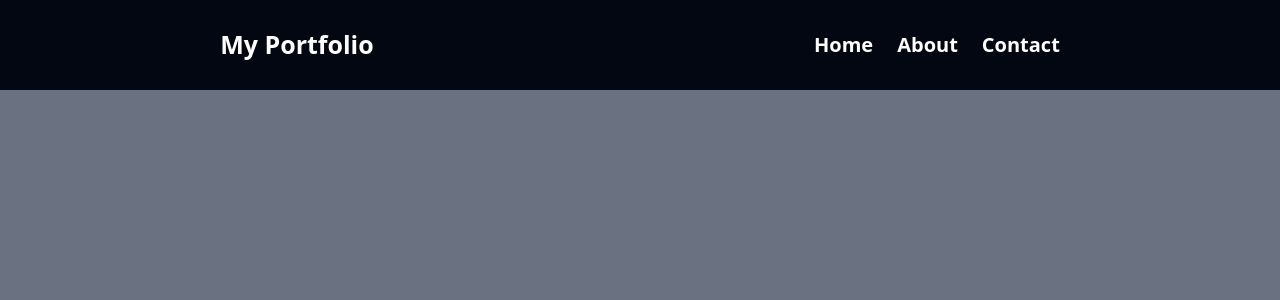
Repository: KaguyaKawaii/portfolio
Page: / (app in frontend/)
The author's editor kept a copy of each file at every save. The page is drawn from the files as they stood at one save, then again after the next save.
The browser window is 1280 px wide. The pictures show the whole page.
The project was rebuilt for these pictures with package versions that can differ from the ones it lists, and the page was loaded fresh each time. Also part of the build but not shown: frontend/vite.config.js.

Above is the page before, as saved 2025-10-27 23:26:44.

### frontend/src/App.jsx
import { useState } from 'react'


function App() {

  return (
    <>
      <header className='bg-gray-950 h-[90px] relative'>
        <div className='flex justify-around items-center h-full text-white'>
          <h1 className='font-bold text-[25px]'>My Portfolio</h1>

          <div className='flex gap-6 font-semibold text-[20px]'>
            <p>Home</p>
            <p>About</p>
            <p>Contact</p>
          </div>
        </div>
      </header>

      <body className='bg-gray-500'>

      </body>
    </>
  )
}

export default App

Loaded but not shown: frontend/index.html (common file); frontend/src/main.jsx (common file); frontend/src/index.css (common file)

After the next save:
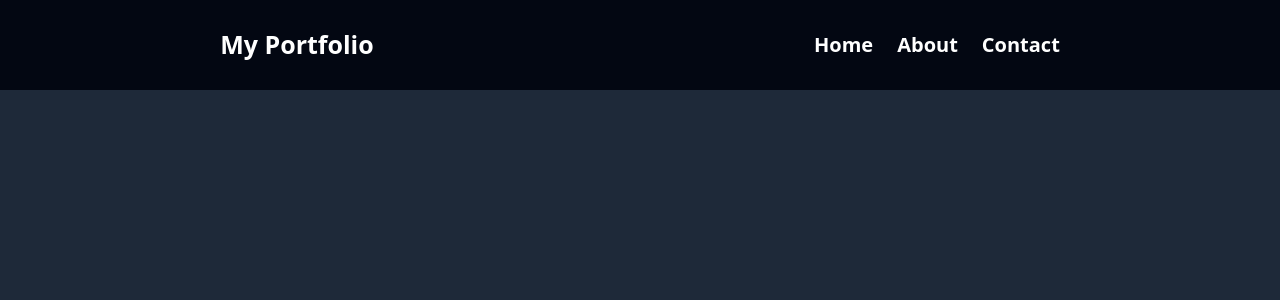
Saved 9 s later.
--- a/frontend/src/App.jsx
+++ b/frontend/src/App.jsx
@@ -17,7 +17,7 @@
         </div>
       </header>
 
-      <body className='bg-gray-500'>
+      <body className='bg-gray-800'>
 
       </body>
     </>
